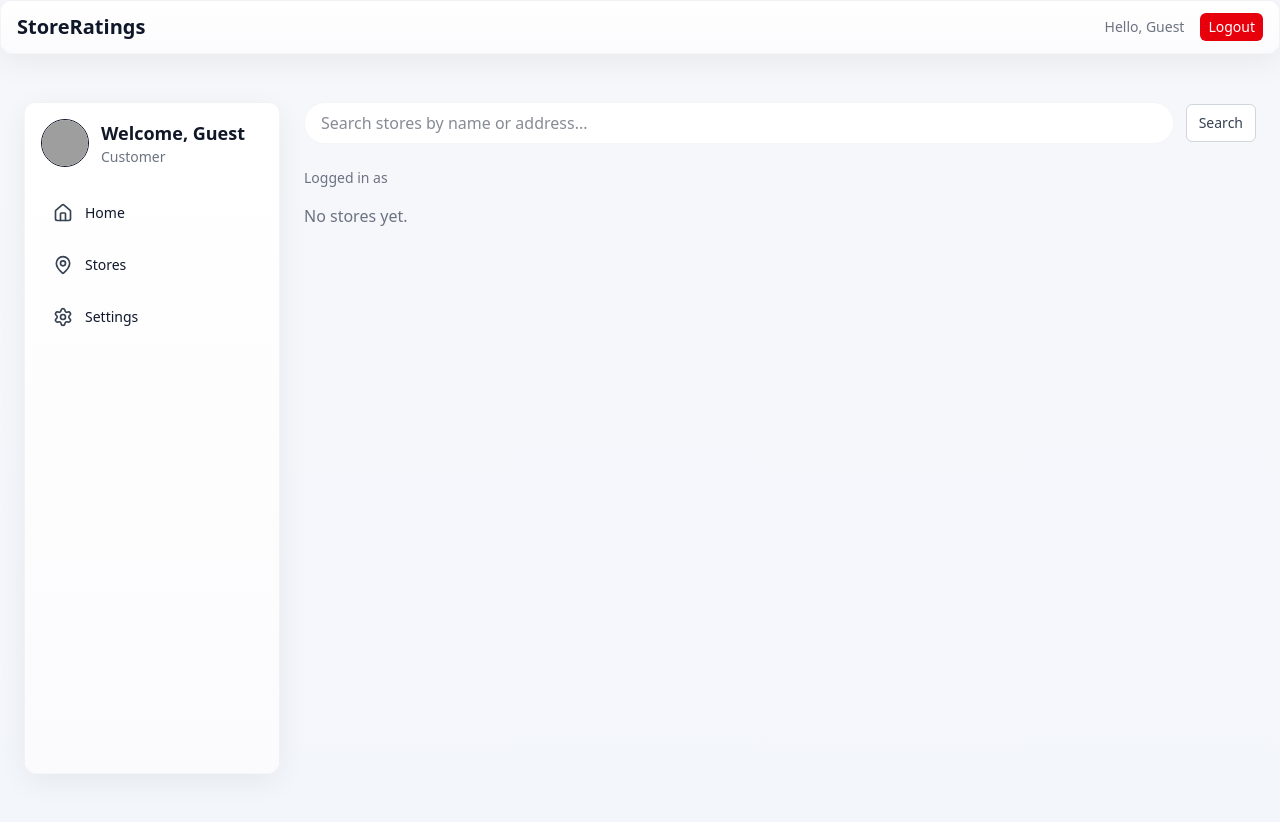
Repository: Sarthak102/roxiler-store-rating
Page: / (app in frontend/)
The author's editor kept a copy of each file at every save. The page is drawn from the files as they stood at one save, then again after the next save.
The browser window is 1280 px wide. The pictures show the whole page.
Pictures or frames that could not be fetched are drawn as grey boxes. The page's requests for data from a server got no answer. The project was rebuilt for these pictures with package versions that can differ from the ones it lists, and the page was loaded fresh each time. No one was signed in, and anything a server would have sent is missing. Also part of the build but not shown: frontend/vite.config.ts, frontend/src/components/StoreCard.tsx, frontend/src/components/RatingModal.tsx, frontend/src/components/ui/input.tsx, frontend/src/components/ui/card.tsx, frontend/src/pages/Login.tsx, frontend/src/pages/Register.tsx, frontend/src/components/ProtectedRoute.tsx and 11 more.

Above is the page before, as saved 2025-11-17 19:34:12.

After the next save:
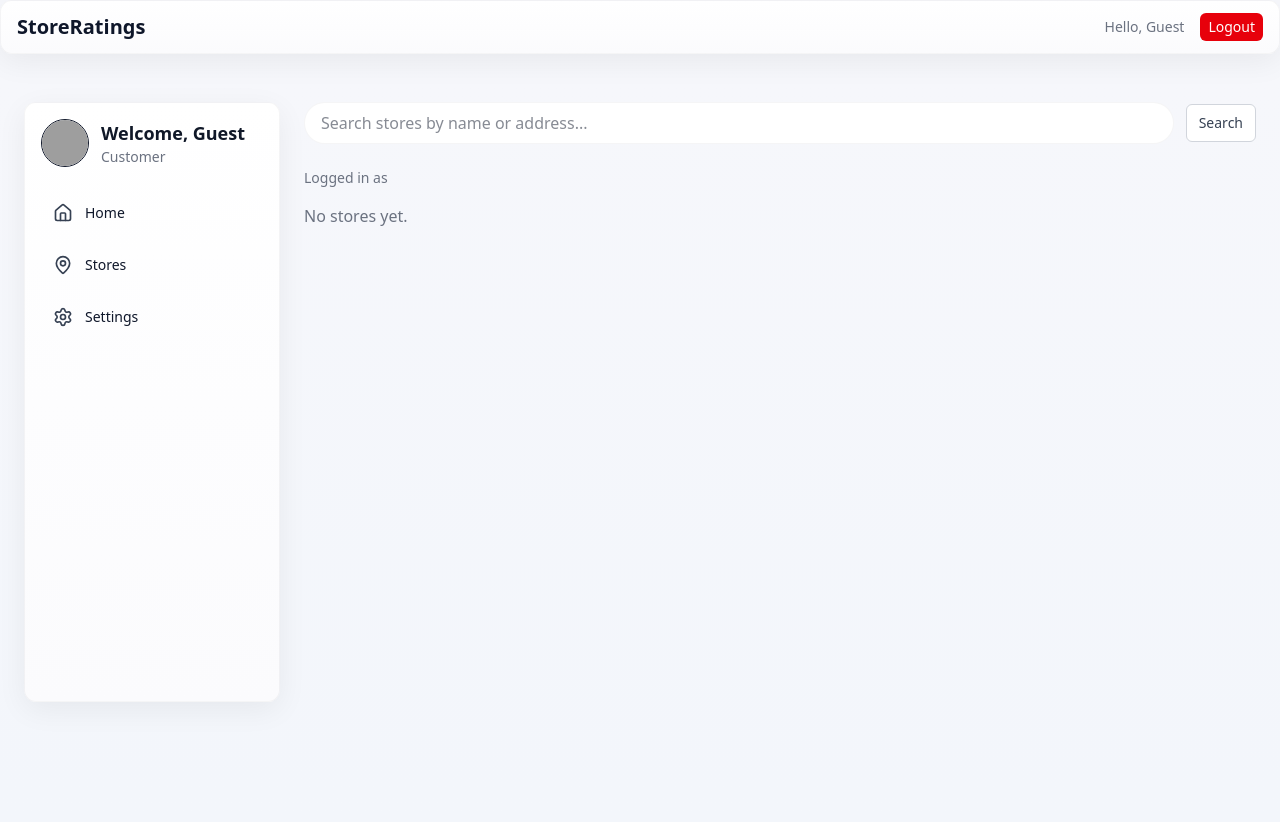
Saved 22 s later.
--- a/frontend/src/components/Sidebar.tsx
+++ b/frontend/src/components/Sidebar.tsx
@@ -40,7 +40,7 @@ export default function Sidebar() {
   const firstName = user?.name?.split(" ")[0] ?? "Guest";
 
   return (
-    <div className="panel rounded-2xl p-4 h-[calc(100vh-48px)] soft-shadow">
+    <div className="panel rounded-2xl p-4 h-[calc(90vh-48px)] soft-shadow">
       <div className="mb-6 flex items-center gap-3">
         <div className="w-12 h-12 rounded-full overflow-hidden border">
           <img
